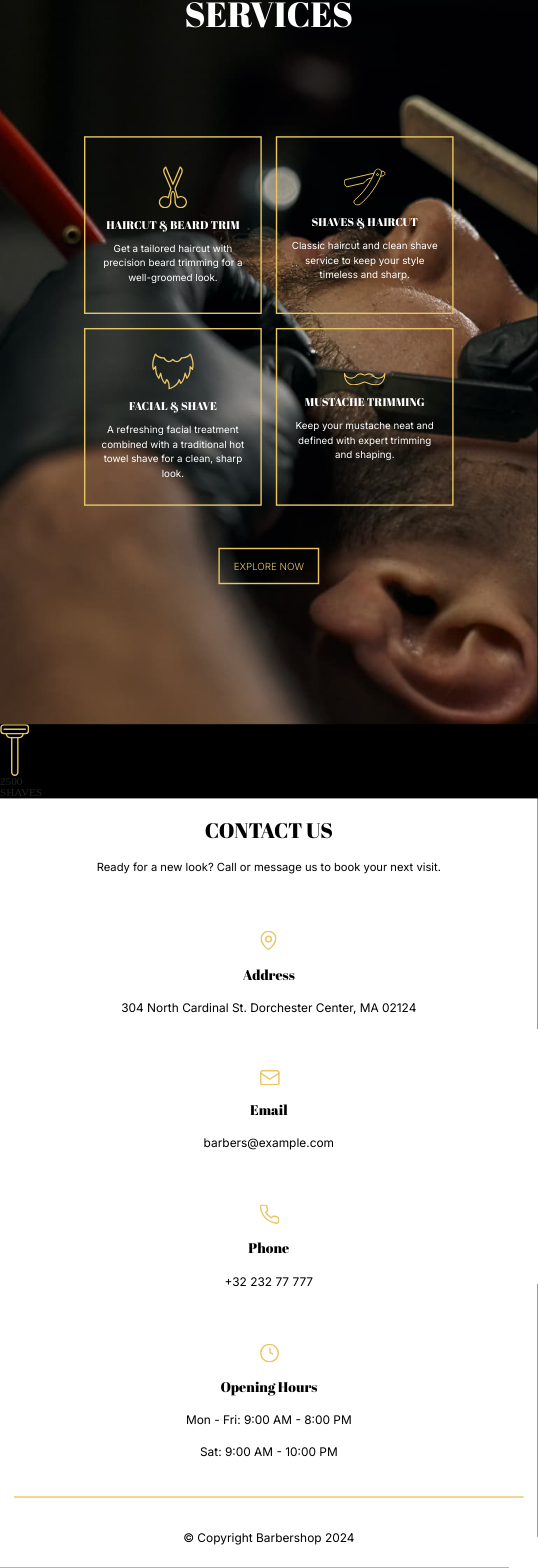
Repository: BogdanLazebnika/barbershop
Page: http://localhost/
The author's editor kept a copy of each file at every save. The page is drawn from the files as they stood at one save, then again after the next save.
The browser window is 768 px wide. The pictures show the part of the page from y = 1071 to 3311 px (the page is 3311 px tall before and 3297 px after), at 70% of full size.
The page is run by PHP 8.4 with error messages shown; the project is at /var/www/html/.

Above is the page before, as saved 2025-07-16 23:51:28.

### index.php
<!DOCTYPE html>
<html lang="en">
<head>
    <meta charset="UTF-8">
    <meta name="viewport" content="width=device-width, initial-scale=1.0">
    <title>Homepage Barbershop</title>

    <link rel="stylesheet" href="assets/css/reset.css">
    <link rel="stylesheet" href="assets/css/style.css">
    <link rel="stylesheet" href="assets/css/index.css">


    <link rel="preconnect" href="https://fonts.googleapis.com">
    <link rel="preconnect" href="https://fonts.gstatic.com" crossorigin>
    <link href="https://fonts.googleapis.com/css2?family=Abril+Fatface&display=swap" rel="stylesheet">

</head>
<body>

    <!-- Header -->
    <?php include 'components/header.php'; ?>

    <main>
        <!-- Hero -->
        <section class="hero" role="banner" aria-label="Barbershop hero section">
            <div class="content-hero-wrapper">
                <img src="./assets/images/logo/logo1.svg" alt="Barbershop Logo" class="content-hero-logo">
                <h1 class="content-hero-title">BARBERSHOP</h1>
            </div>
        </section>

        <!-- Services -->
        <section class="services" role="region" aria-label="Barbershop services">
            <h3 class="services-subtitle">OUR TREATMENT</h3>
            <h2 class="services-title">SERVICES</h2>

            <div class="services-list-wrapper">
                <ul class="services-list">
                    <li class="service-item">
                        <div class="service-item-content">
                            <img class="service-item-icon" src="./assets/images/icons/services/icon_scissors.svg" alt="Scissors icon">
                            <h3 class="service-item-title">HAIRCUT & BEARD TRIM</h3>
                            <p class="service-item-description">
                                Get a tailored haircut with precision beard trimming for a well-groomed look.
                            </p>
                        </div>
                    </li>

                    <li class="service-item">
                        <div class="service-item-content">
                            <img class="service-item-icon" src="./assets/images/icons/services/icon_razor.svg" alt="Razor icon">
                            <h3 class="service-item-title">SHAVES & HAIRCUT</h3>
                            <p class="service-item-description">
                                Classic haircut and clean shave service to keep your style timeless and sharp.
                            </p>
                        </div>
                    </li>

                    <li class="service-item">
                        <div class="service-item-content">
                            <img class="service-item-icon" src="./assets/images/icons/services/icon_beard.svg" alt="Beard icon">
                            <h3 class="service-item-title">FACIAL & SHAVE</h3>
                            <p class="service-item-description">
                                A refreshing facial treatment combined with a traditional hot towel shave for a clean, sharp look.
                            </p>
                        </div>
                    </li>

                    <li class="service-item">
                        <div class="service-item-content">
                            <img class="service-item-icon" src="./assets/images/icons/services/icon_mustache.svg" alt="Mustache icon">
                            <h3 class="service-item-title">MUSTACHE TRIMMING</h3>
                            <p class="service-item-description">
                                Keep your mustache neat and defined with expert trimming and shaping.
                            </p>
                        </div>
                    </li>
                </ul>

                <div class="services-list-line-button-wrapper">
                    <a href="#" class="explore-now-button-services-list">EXPLORE NOW</a>
                </div>
            </div>
        </section>



        <section class="counter" role="region" aria-label="Barbershop statistics">
            <ul class="counter-list">
                <li class="counter-item">
                    <ul>
                        <li>
                            <img src="./assets/images/icons/counter/icon_razor.svg" alt="happy customers">
                        </li>
                        <li class="counter-item-number"><h4>2500</h4></li>
                        <li class="counter-item-text"><h3>SHAVES</h3></li>
                    </ul>
                </li>
            </ul>
        </section>

    </main>

    <?php include 'components/footer.php'; ?>

</body>
</html>

### components/header.php
<?php
$current = basename($_SERVER['PHP_SELF']);
?>
<header class="header">
    <div class="center-header-container">
        <!-- Link to Header CSS -->
        <link rel="stylesheet" href="assets/css/header.css">
        <link rel="preconnect" href="https://fonts.googleapis.com">
        <link rel="preconnect" href="https://fonts.gstatic.com" crossorigin>
        <link href="https://fonts.googleapis.com/css2?family=Inter:ital,opsz,wght@0,14..32,100..900;1,14..32,100..900&display=swap" rel="stylesheet">

        <script src="assets/js/header.js" defer></script>


        <div class="header-left">
            <button class="burger" id="burger">
                <span></span>
                <span></span>
                <span></span>
            </button>
        </div>

        <nav class="nav">
            <ul class="nav-list">
                <li class="nav-item">
                    <?php if ($current == 'index.php'): ?>
                        <span class="active">Home</span>
                    <?php else: ?>
                        <a href="index.php">Home</a>
                    <?php endif; ?>
                </li>

                <li class="nav-item">
                    <?php if ($current == 'services.php'): ?>
                        <span class="active">Services</span>
                    <?php else: ?>
                        <a href="services.php">Services</a>
                    <?php endif; ?>
                </li>

                <li class="nav-item">
                    <?php if ($current == 'about.php'): ?>
                        <span class="active">About Us</span>
                    <?php else: ?>
                        <a href="about.php">About Us</a>
                    <?php endif; ?>
                </li>

                <li class="nav-item">
                    <?php if ($current == 'blog.php'): ?>
                        <span class="active">Blog</span>
                    <?php else: ?>
                        <a href="blog.php">Blog</a>
                    <?php endif; ?>
                </li>

                <li class="nav-item">
                    <?php if ($current == 'contact.php'): ?>
                        <span class="active">Contact Us</span>
                    <?php else: ?>
                        <a href="contact.php">Contact Us</a>
                    <?php endif; ?>
                </li>
            </ul>
        </nav>
        <a class="button-book-appointment" href="#">BOOK APPOINTMENT</a>
    </div>



</header>

### components/footer.php
<footer>
    <!-- Link to Footer CSS -->
    <link rel="stylesheet" href="assets/css/footer.css">

    <link rel="preconnect" href="https://fonts.googleapis.com">
    <link rel="preconnect" href="https://fonts.gstatic.com" crossorigin>
    <link href="https://fonts.googleapis.com/css2?family=Abril+Fatface&family=Inter:ital,opsz,wght@0,14..32,100..900;1,14..32,100..900&display=swap" rel="stylesheet">

    <link rel="preconnect" href="https://fonts.googleapis.com">
    <link rel="preconnect" href="https://fonts.gstatic.com" crossorigin>
    <link href="https://fonts.googleapis.com/css2?family=Inter:ital,opsz,wght@0,14..32,100..900;1,14..32,100..900&display=swap" rel="stylesheet">


    <h2>CONTACT US</h2>
    <p class="footer-text">Ready for a new look? Call or message us to book your next visit.</p>

    <ul class="footer-contacts">
        <li>
            <ul class="contact-item">
                <li class="contact-icon">
                    <img src="assets/images/icons/footer/icon_location.svg" alt="location">
                </li>
                <li class="contact-label">Address</li>
                <li class="contact-text">
                    304 North Cardinal St. Dorchester Center, MA 02124
                </li>
            </ul>
        </li>

        <li>
            <ul class="contact-item">
                <li class="contact-icon">
                    <img src="assets/images/icons/footer/icon_envelope.svg" alt="email">
                </li>
                <li class="contact-label">Email</li>
                <li class="contact-text"><a href="mailto:barbers@example.com">barbers@example.com</a></li>
            </ul>
        </li>

        <li>
            <ul class="contact-item">
                <li class="contact-icon">
                    <img src="assets/images/icons/footer/icon_phone.svg" alt="phone">
                </li>
                <li class="contact-label">Phone</li>
                <li class="contact-text"><a href="tel:+1234567890">+32 232 77 777</a></li>
            </ul>
        </li>

        <li>
            <ul class="contact-item">
                <li class="contact-icon">
                    <img src="assets/images/icons/footer/icon_clock.svg" alt="opening hours">
                </li>
                <li class="contact-label">Opening Hours</li>
                <li class="contact-text">Mon - Fri: 9:00 AM - 8:00 PM</li>
                <li class="contact-text">Sat: 9:00 AM - 10:00 PM</li>
            </ul>
        </li>
    </ul>

    <!-- додаємо лінію -->
    <hr>

    <p class="copyright">© Copyright Barbershop 2024</p>
</footer>

### assets/css/style.css
body{
    max-width: 1440px;

    margin-left: auto;
    margin-right: auto;
    background-color: black;
}

main{
    /* відступ для фіксованої шапки */
    min-height: calc(100vh - 95px);
}

### assets/css/index.css
/* hero */
.hero{
    background-position-x: center;
    background-image: url('../images/backgrounds/hero.jpg');
}
.background-image-homepage{
    position: relative;
    width: 100%;
    height: 950px;
    overflow: hidden;
}
.background-image-homepage img {
    position: absolute;
    top: 0;
    left: 0;
    width: 100%;
    height: 100%;
    object-fit: cover;
    z-index: -1; /* Ensure the image is behind other content */
}
.content-hero-wrapper{
    position: relative;
    display: flex;
    width: 100%;
}
.content-hero-logo{
    width: calc(100% - 80px);
    max-width: 430px;
    margin: 0 auto;
    padding: 184px 40px;
}
.content-hero-title{
    position: absolute;
    top: 50%;
    left: 50%;
    transform: translate(-50%, -50%);
    font-size: 120px;
    font-family: "abril fatface", sans-serif;
    color: #ffffff;
}
/* css для мобілки */

@media screen and (max-width: 1023px) {
    .content-hero-title {
        font-size: 13dvw;
    }
}







/* Services */

.services{
    background-position-x: center;
    background-image: url('../images/backgrounds/services.jpg');
    padding: 70px 72px 200px;
}
.services-subtitle{
    font-size: 19px;
    color: #E9C664;
    font-weight: 400;
    font-family: "inter", sans-serif;
    text-align: center;
    margin: 0 0 25px;
}
.services-title{
    font-size: 50px;
    color: #ffffff;
    font-weight: 400;
    font-family: "abril fatface", sans-serif;
    text-align: center;
    margin-bottom: 150px;
}


.services-list-wrapper{
    width: 738px;
}
.services-list{
    display: flex;
    justify-content: space-between;
    flex-wrap: wrap;
    gap: 50px;
    justify-content: flex-start;
}
.service-item{
    display: flex;
    width: 340px;
    height: 340px;
    border: #E9C664 2px solid;
}
.service-item-content{
    display: flex;
    flex-direction: column;
    align-items: center;
    text-align: center;
    justify-content: center;
    padding: 50px 50px;
}
.service-item-icon{
    max-width: 100px;
    max-height: 100px;
    width: 100%;
}
.service-item-title{
    font-size: 20px;
    color: #ffffff;
    font-family: "abril fatface", sans-serif;
    margin: 25px 0 25px;
}
.service-item-description{
    font-size: 16px;
    color: #ffffff;
    font-family: "inter", sans-serif;
    line-height: 1.5;
    margin: 0;
}
.services-list-line-button-wrapper{
    display: flex;
    justify-content: center;
    margin-top: 60px;
}
.explore-now-button-services-list{
    padding: 17px 20px;
    font-size: 16px;
    color: #E9C664;
    font-weight: 400;
    font-family: "inter", sans-serif;
    border: 2px solid #E9C664;
    background-color: transparent;
    cursor: pointer;
    transition: background-color 0.3s, color 0.3s;
    text-decoration: none;
}










@media screen and (max-width: 1023px) {

.services{
    /* background-position-x: center;
    background-image: url('../images/backgrounds/services.jpg'); */
    padding: 70px 20px 200px;
}
/* .services-subtitle{
    font-size: 19px;
    color: #E9C664;
    font-weight: 400;
    font-family: "inter", sans-serif;
    text-align: center;
    margin: 0 0 25px;
} */
/* .services-title{
    font-size: 50px;
    color: #ffffff;
    font-weight: 400;
    font-family: "abril fatface", sans-serif;
    text-align: center;
    margin-bottom: 150px;
} */


.services-list-wrapper{
    width: 600px;
    margin: 0 auto;
}
.services-list{
    gap: 20px;
    justify-content: center;
}


.service-item{
    display: flex;
    width: 250px;
    height: 250px;
}
.service-item-content{
    padding: 20px 20px;
}
.service-item-icon{
    max-width: 60px;
    max-height: 60px;
    width: 100%;
}

.service-item-title{
    font-size: 16px;
    margin: 15px 0 15px;
    font-weight: 300;
}
.service-item-description{
    font-size: 14px;
}


/* .services-list-line-button-wrapper{
    display: flex;
    justify-content: center;
    margin-top: 60px;
} */


.explore-now-button-services-list{
    padding: 17px 20px;
    font-size: 14px;
    color: #E9C664;
    font-weight: 300;
    font-family: "inter", sans-serif;
    border: 2px solid #E9C664;
    background-color: transparent;
    cursor: pointer;
    transition: background-color 0.3s, color 0.3s;
    text-decoration: none;
}
}

### assets/css/header.css
header {
  position: fixed;
  top: 0;
  left: 0;
  width: 100%;
  height: 92px;
  color: #ffffff;
  display: flex;
  align-items: center;
  justify-content: center;
  z-index: 1000;

  /* Усі переходи в одному місці */
  transition:
    transform 0.3s ease,
    background-color 0.3s ease,
    box-shadow 0.3s ease;

  transform: translateY(0);
}

header.hidden {
  transform: translateY(-100%);
}

header.scrolled {
  background-color: rgba(0, 0, 0, 0.5);
  box-shadow: 0 4px 10px rgba(0, 0, 0, 0.2);
  backdrop-filter: blur(6px);
}


.center-header-container{
    position: relative;
    display: flex;
    justify-content: space-between;
    width: 100%;
    margin-top: 40px;
    height: 50px;
    max-width: 1440px;
}

/* БУРГЕР */
.header-left{
    display: flex;
    align-items: center;
    gap: 20px;
    margin-left: 72px;
}
.burger {
    width: 30px;
    height: 20px;
    display: flex;
    flex-direction: column;
    justify-content: space-between;
    background: none;
    border: none;
    cursor: pointer;
    padding: 0;
}
.burger span {
    width: 100%;
    height: 4px;
    background: #E9C664;
    border-radius: 4px;
    transition: 0.3s ease;
    transform-origin: center;
}
/* логіка вікривання */
.burger.open span:nth-child(1) {
  transform: rotate(45deg) translateY(11px);
}

.burger.open span:nth-child(2) {
  opacity: 0;
}

.burger.open span:nth-child(3) {
  transform: rotate(-45deg) translateY(-11px);
}





/* Навігація  для ПК*/
@media screen and (min-width: 1024px) {
    nav {
        display: flex;
        align-items: center;

    }
    nav ul {
        display: flex;
        list-style: none;
        padding: 0;
        gap: 50px;
    }

    nav ul li a {
        text-decoration: none;
        color: #979797;
        font-size: 18px;
        font-family: "inter", sans-serif;
        font-weight: 400;
    }
    nav ul li a.active{
        color: #ffffff;
        font-weight: bold;
    }
    nav ul li span {
        text-decoration: none;
        color: #979797;
        font-size: 18px;
        font-family: "inter", sans-serif;
        font-weight: 400;
        cursor: pointer; /* щоб не було посилання */
    }
    nav ul li span.active{
        color: #ffffff;
        font-weight: bold;
    }


    /* робимо риску при наведені на навігацію яка висувається*/

    nav ul li a {
        position: relative;
    }

    nav ul li a::after {
        content: "";
        position: absolute;
        left: 0;
        right: 0;
        bottom: -7px;
        height: 2px;
        background: #E9C664;
        transform: scaleX(0);
        transition: transform 0.3s ease;
    }


    nav ul li a:hover::after{
        transform: scaleX(1);
    }
    nav ul li a.active::after {
        transform: scaleX(0);
        transition: none;
    }
}

.button-book-appointment{
    text-decoration: none;

    display: flex;
    align-items: center;
    justify-content: center;

    font-family: "inter", sans-serif;
    font-size: 14px;
    font-weight: bold;
    color: #ffffff;

    padding: 15px 15px;
    border: #E9C664 solid 2px;

    margin-right: 72px;
}






/* css для мобілки */

@media screen and (min-width: 1023px) {
    .burger{
        display: none;
    }
}


@media screen and (max-width: 1023px) {
    .header{
        height: 72px;
    }
}
@media screen and (max-width: 1023px) {
    .center-header-container{
        margin-top: 20px;
    }
}
@media screen and (max-width: 1023px) {
    .header-left{
        margin-left: 20px;
    }
}



@media screen and (max-width: 1023px) {
    nav{
        position: absolute;
        top: 50px;
        left: -250px;
        transition: left 0.3s ease;

        background-color: #212121;

        width: 250px;
        min-height: 100vh;
        overflow-x: auto;
    }
    nav.open {
        left: 0;
        transition: left 0.3s ease;
    }
    .nav-item a{
        font-family: "inter", sans-serif;
        font-size: 18px;
        font-weight: 400;
        color: #ffffff;
        text-decoration: none;
    }
    .nav-item span{
        font-family: "inter", sans-serif;
        font-size: 18px;
        font-weight: 400;
        color: #ffffff;
        text-decoration: none;
    }

    .nav-item span.active{
        color: #E9C664;
        font-weight: bold;
        padding-bottom: 5px;
        border-bottom: #E9C664 solid 3px;
    }

    .nav-item a:hover{
        padding-bottom: 5px;
        border-bottom: #E9C664 solid 3px;
    }
    .header.open {
        background-color: #212121;
    }

    .nav-list{
        display: flex;
        flex-direction: column;
        gap: 25px;
        padding: 20px 0 0 20px;
    }




}






@media screen and (max-width: 1023px) {
    .button-book-appointment{
        margin-right: 20px;
    }
}

### assets/css/footer.css
footer {
    background-color: #ffffff;
    padding: 60px 72px;
    text-align: center;
}

footer h2 {
    color: #000000;
    font-family: "Abril Fatface", serif;
    font-size: 50px;
    font-weight: 400;

    margin-bottom: 25px;
}
footer .footer-text{
    color: #000000;
    font-family: "inter", sans-serif;
    font-size: 16px;
    font-weight: 400;
    line-height: 1.5;


    margin-bottom: 80px;
}


.footer-contacts{
    display: flex;
    flex-wrap: wrap;
    gap: 75px;
    justify-content: center;

    margin-bottom: 50px;
}
.contact-item{
    display: flex;
    flex-direction: column;
    align-items: center;
    gap: 20px;
    max-width: 250px;
}

.contact-icon{
    width: 26px;
}

.contact-label{
    color: #000000;
    font-family: "abril fatface", serif;
    font-size: 20px;
    font-weight: 400;
    line-height: 1.5;
}
.contact-text{
    font-family: "inter", sans-serif;
    font-size: 17px;
    font-weight: 400;
    line-height: 1.5;
    color: #000000;
}
.contact-text a{
    color: #000000;
    text-decoration: none;
}
hr {
    border: 0;
    border-top: 2px solid #E9C664;
    margin-bottom: 45px;
}

.copyright{
    color: #000000;
    font-family: "inter", sans-serif;
    font-size: 17px;
    font-weight: 400;
    line-height: 1.5;
    text-align: center;
}





/* css для мобілки */
@media screen and (max-width: 1023px) {
    footer {
        padding: 30px 20px;
    }
    footer h2 {
        font-size: 30px;
    }
    .footer-contacts {
        flex-direction: column;
        align-items: center;
    }
    .contact-item {
        max-width: 100%;
    }
}

### assets/js/header.js
// логіка вікривання меню
document.addEventListener('DOMContentLoaded', function () {
  const burger = document.querySelector('.burger');
  const nav = document.querySelector('.nav');
  const header = document.querySelector('header');

  // Відкривання/закривання по кліку на бургер
  burger.addEventListener('click', function (e) {
    e.stopPropagation();
    burger.classList.toggle('open');
    nav.classList.toggle('open');
    header.classList.toggle('open');
  });

  // Закриття при кліку поза шапкою/меню
  document.addEventListener('click', function (e) {
    const isClickInside = header.contains(e.target);

    if (!isClickInside && nav.classList.contains('open')) {
      burger.classList.remove('open');
      nav.classList.remove('open');
      header.classList.remove('open'); // 🔧 додаємо!
    }
  });

  // Закриття при скролі, якщо меню відкрите
  window.addEventListener('scroll', function () {
    const navIsOpen = nav.classList.contains('open');

    if (navIsOpen) {
      burger.classList.remove('open');
      nav.classList.remove('open');
      header.classList.remove('open'); // 🔧 додаємо!
    }
  });
});

// стилізація шапки
let lastScroll = window.scrollY;
let header = document.querySelector('header');
let scrollUpDistance = 0;
let scrollDownDistance = 0;

window.addEventListener('scroll', () => {
  const currentScroll = window.scrollY;

  // Перевірка, чи меню відкрите
  const menuIsOpen = document.querySelector('.nav').classList.contains('open');
  if (menuIsOpen) {
    return; // Якщо меню відкрите — не ховаємо шапку
  }

  // ✅ Додаємо фон, якщо не на самому верху
  if (currentScroll > 0) {
    header.classList.add('scrolled');
  } else {
    header.classList.remove('scrolled');
  }

  // Скрол вниз
  if (currentScroll > lastScroll) {
    scrollUpDistance = 0;
    scrollDownDistance += currentScroll - lastScroll;

    if (scrollDownDistance > 250) {
      header.classList.add('hidden');
    }
  }

  // Скрол вгору
  else if (currentScroll < lastScroll) {
    scrollDownDistance = 0;
    scrollUpDistance += lastScroll - currentScroll;

    if (scrollUpDistance > 200) {
      header.classList.remove('hidden');
    }
  }

  lastScroll = currentScroll;
});

### assets/images/icons/footer/icon_location.svg
<svg width="23" height="28" viewBox="0 0 23 28" fill="none" xmlns="http://www.w3.org/2000/svg">
<path d="M22 11.636C22 19.909 11.5 27 11.5 27C11.5 27 0.99997 19.909 0.99997 11.636C0.982143 8.83325 2.07833 6.1382 4.04741 4.14361C6.0165 2.14901 8.69723 1.01824 11.5 1C14.3027 1.01824 16.9834 2.14901 18.9525 4.14361C20.9216 6.1382 22.0178 8.83325 22 11.636V11.636Z" stroke="#E9C664" stroke-width="2" stroke-linecap="round" stroke-linejoin="round"/>
<path d="M11.64 16.004C13.8492 16.004 15.64 14.2132 15.64 12.004C15.64 9.79489 13.8492 8.00403 11.64 8.00403C9.43088 8.00403 7.64001 9.79489 7.64001 12.004C7.64001 14.2132 9.43088 16.004 11.64 16.004Z" stroke="#E9C664" stroke-width="2" stroke-linecap="round" stroke-linejoin="round"/>
</svg>

### assets/images/icons/footer/icon_envelope.svg
<svg width="29" height="22" viewBox="0 0 29 22" fill="none" xmlns="http://www.w3.org/2000/svg">
<path d="M4.1 1.00034H24.9C25.5757 0.989335 26.2282 1.24602 26.7153 1.71439C27.2024 2.18275 27.4845 2.82477 27.5 3.50034V18.5003C27.4845 19.1759 27.2024 19.8179 26.7153 20.2863C26.2282 20.7547 25.5757 21.0113 24.9 21.0003H4.1C3.42434 21.0113 2.77176 20.7547 2.28466 20.2863C1.79756 19.8179 1.51549 19.1759 1.5 18.5003V3.50034C1.51549 2.82477 1.79756 2.18275 2.28466 1.71439C2.77176 1.24602 3.42434 0.989335 4.1 1.00034V1.00034Z" stroke="#E9C664" stroke-width="2" stroke-linecap="round" stroke-linejoin="round"/>
<path d="M27.5 4.38708L14.5 13.2701L1.5 4.38708" stroke="#E9C664" stroke-width="2" stroke-linecap="round" stroke-linejoin="round"/>
</svg>

### assets/images/icons/footer/icon_clock.svg
<svg width="28" height="27" viewBox="0 0 28 27" fill="none" xmlns="http://www.w3.org/2000/svg">
<path d="M14 26C20.9036 26 26.5 20.4036 26.5 13.5C26.5 6.59644 20.9036 1 14 1C7.09644 1 1.5 6.59644 1.5 13.5C1.5 20.4036 7.09644 26 14 26Z" stroke="#E9C664" stroke-width="2" stroke-linecap="round" stroke-linejoin="round"/>
<path d="M14.625 6.66699V12.667L18.625 14.667" stroke="#E9C664" stroke-width="2" stroke-linecap="round" stroke-linejoin="round"/>
</svg>

Loaded but not shown: assets/css/reset.css (common file); assets/images/logo/logo1.svg (16 lines, source omitted); assets/images/icons/services/icon_razor.svg (6 lines, source omitted); assets/images/icons/services/icon_scissors.svg (6 lines, source omitted); assets/images/icons/footer/icon_phone.svg (3 lines, source omitted); assets/images/icons/counter/icon_razor.svg (6 lines, source omitted); assets/images/icons/services/icon_mustache.svg (3 lines, source omitted); assets/images/icons/services/icon_beard.svg (3 lines, source omitted)

After the next save:
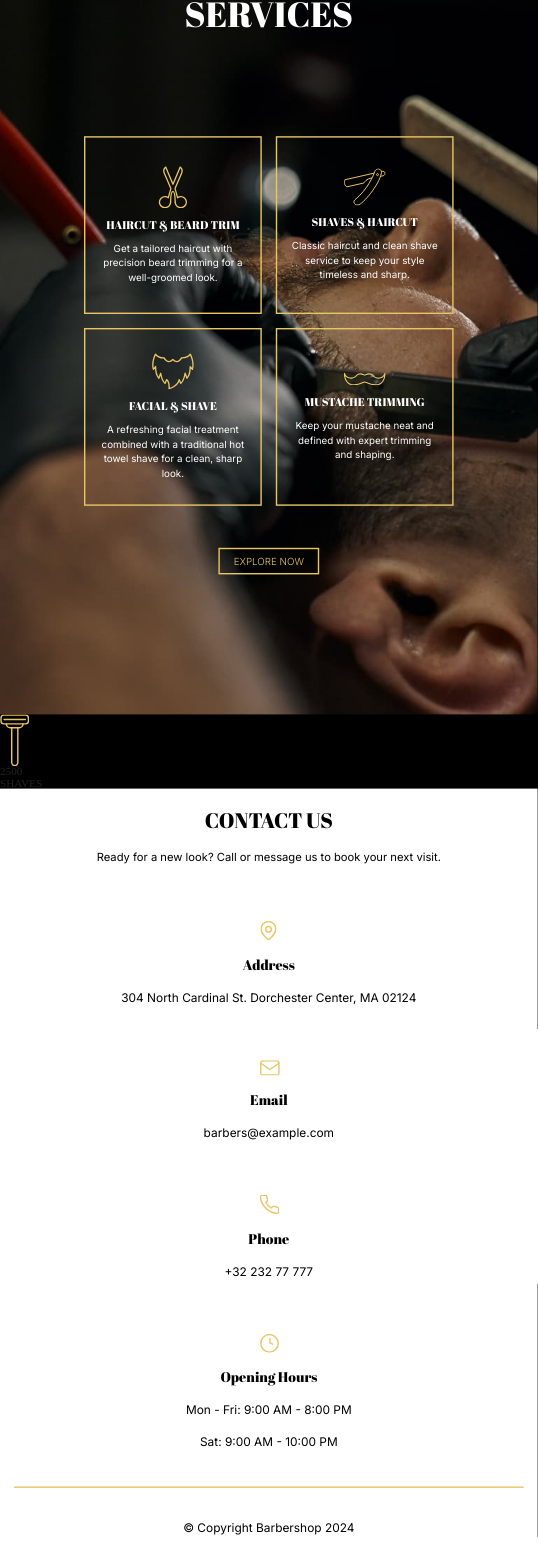
Saved 11 s later.
--- a/assets/css/index.css
+++ b/assets/css/index.css
@@ -213,7 +213,7 @@
 
 
 .explore-now-button-services-list{
-    padding: 17px 20px;
+    padding: 10px 20px;
     font-size: 14px;
     color: #E9C664;
     font-weight: 300;
